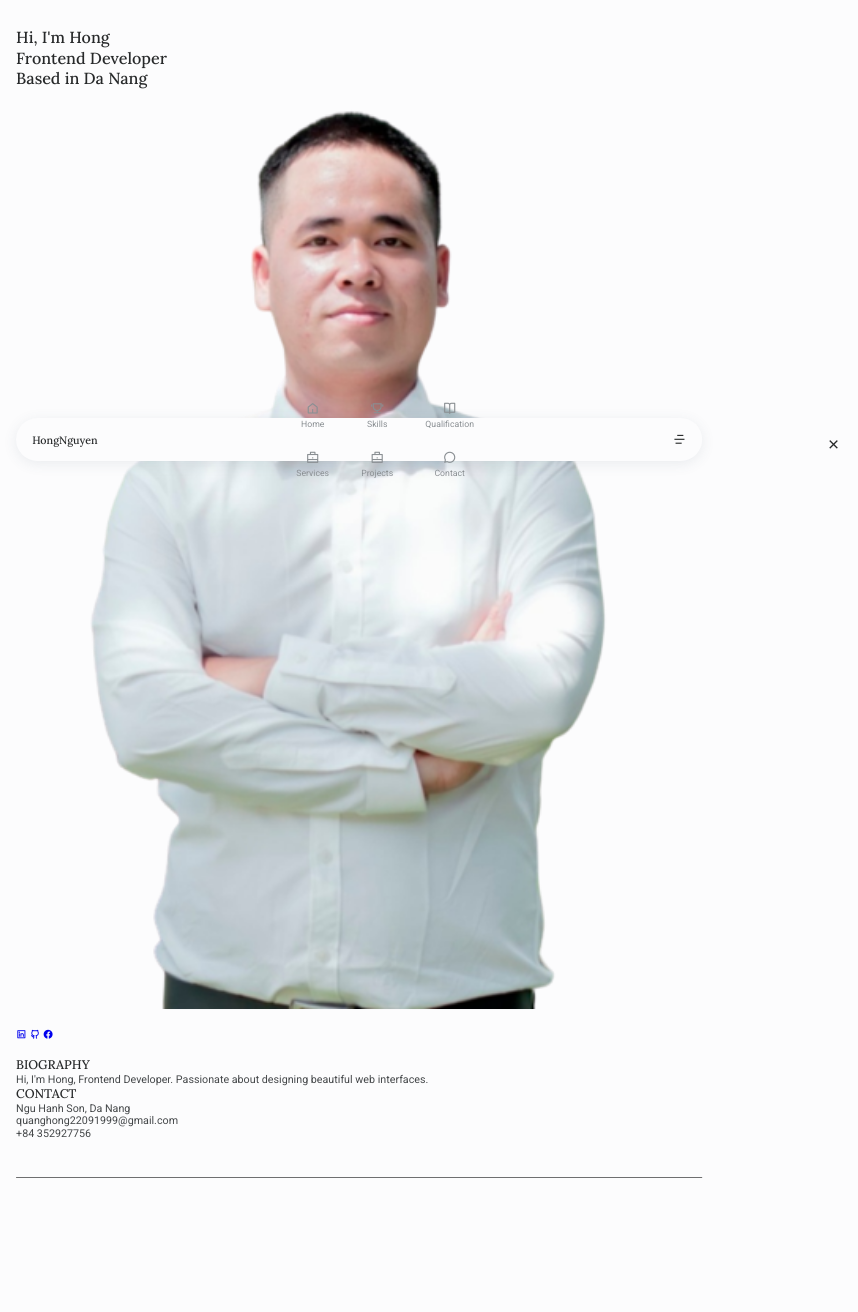
Repository: hnguyeng/myportfoliohongnguyen
Page: index.html
The author's editor kept a copy of each file at every save. The page is drawn from the files as they stood at one save, then again after the next save.
The browser window is 1280 px wide. The pictures show the whole page, at 67% of full size.
Some web libraries are served in a nearby version.

Above is the page before, as saved 2023-07-17 13:08:34.

After the next save:
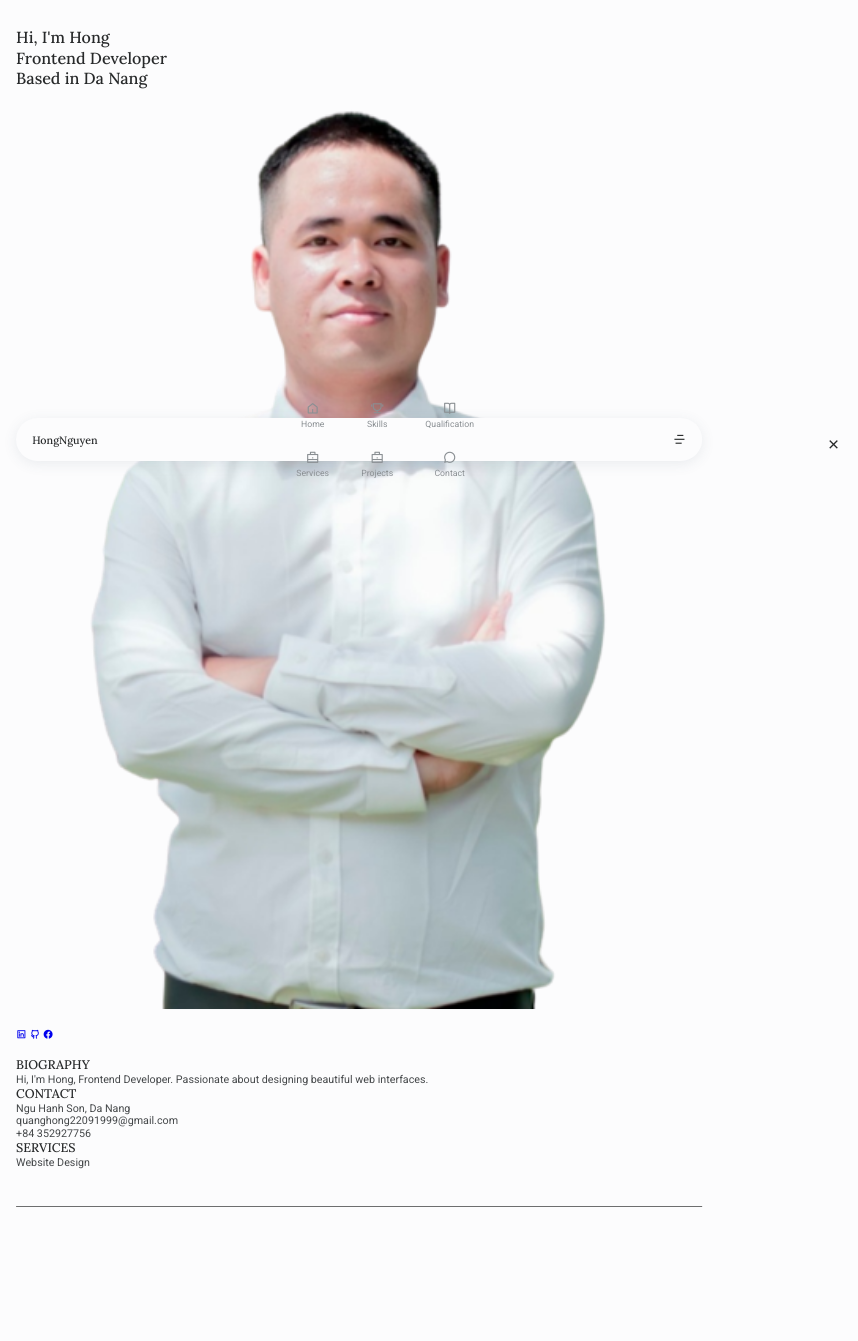
Saved 4 min 59 s later.
--- a/index.html
+++ b/index.html
@@ -119,6 +119,12 @@
                             quanghong22091999@gmail.com <br>
                             +84 352927756 <br>
                         </p>
+                        <h3 class="home__info-title">
+                            SERVICES
+                        </h3>
+                        <p class="home__info-description">
+                            Website Design <br>
+                        </p>
                     </div>
                 </div>
             </div>
